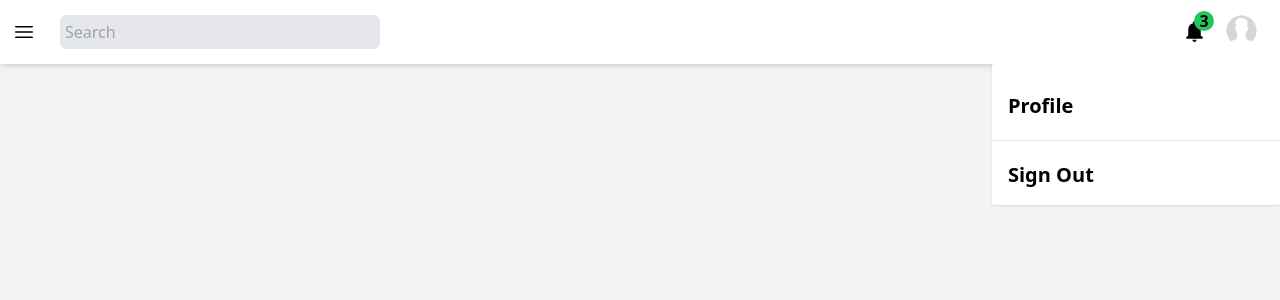
Repository: IssaMuiz/ifarmstock-admin
Page: /api/reset-password, after clicking the first element matching `div.hover\:bg-gray-100`
These files come from the project's save history. The page is drawn as it stood at one moment and after the next save; the edit follows.
The browser window is 1280 px wide. The pictures show the whole page.
The page's requests for data from a server got no answer. The project was rebuilt for these pictures with package versions that can differ from the ones it lists, and the page was loaded fresh each time. The framework's server and built-in components were replaced by stand-ins that run in the browser. No one was signed in, and anything a server would have sent is missing. Also part of the build but not shown: next.config.mjs.

Above is the page before, as saved 2024-10-10 15:11:23.

After the next save:
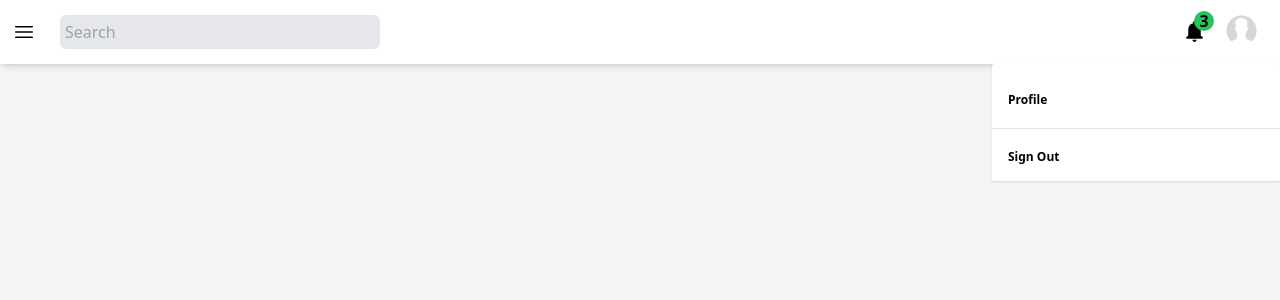
Saved 80 s later.
--- a/components/navbar.tsx
+++ b/components/navbar.tsx
@@ -82,13 +82,13 @@ const Navbar = ({ toggleSidebar, showSidebar }: ToggleSidebar) => {
             {showProfile && (
               <div className="bg-white shadow top-14 -right-2 absolute w-60 md:w-[18rem] text-xl font-semibold rounded-sm ">
                 <div className="flex flex-col gap-3">
-                  <p className="hover:bg-gray-300 cursor-pointer px-4 py-2 mt-5 transition-all ease-in-out duration-300">
+                  <p className="hover:bg-gray-300 cursor-pointer px-4 py-2 mt-5 transition-all ease-in-out duration-300 text-xs">
                     Profile
                   </p>
                   <hr />
                   <p
                     onClick={() => signOut()}
-                    className="hover:bg-gray-300 cursor-pointer px-4 py-2 mb-2 transition-all ease-in-out duration-300 border-gray-300"
+                    className="hover:bg-gray-300 cursor-pointer px-4 py-2 mb-2 transition-all ease-in-out duration-300 border-gray-300 text-xs"
                   >
                     Sign Out
                   </p>
